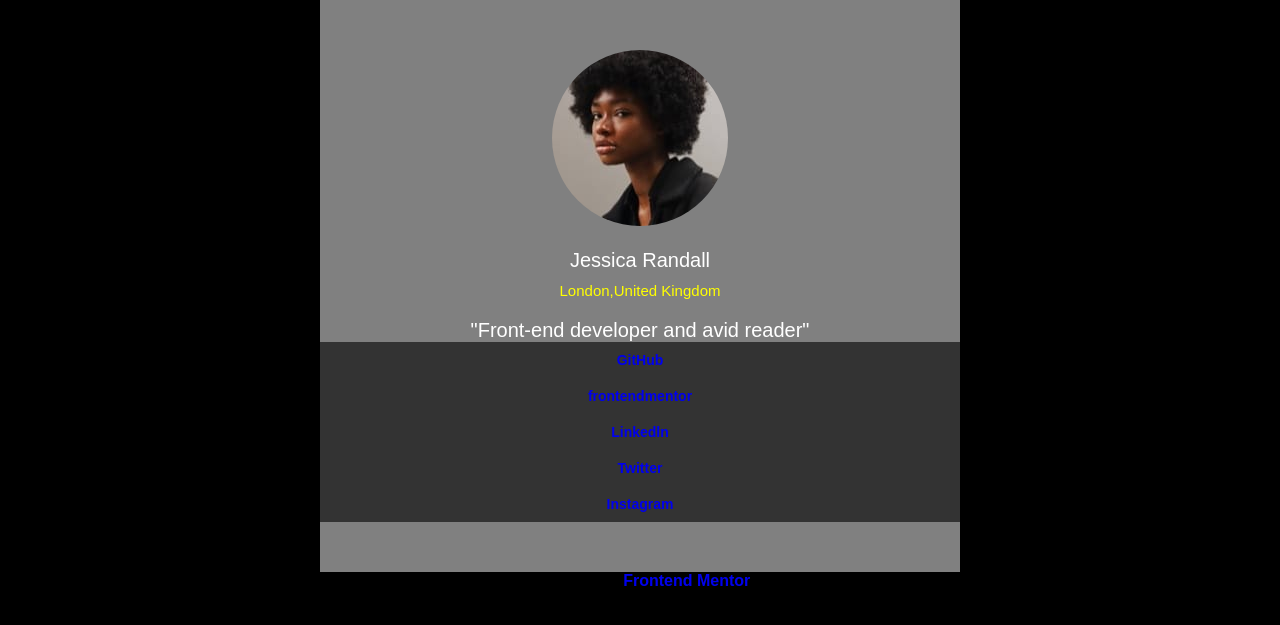
Repository: JosephAbatan05/Social-links-profile
Page: social-links-profile-main/index.html
The author's editor kept a copy of each file at every save. The page is drawn from the files as they stood at one save, then again after the next save.
The browser window is 1280 px wide. The pictures show the whole page.

Above is the page before, as saved 2025-01-25 11:01:30.

After the next save:
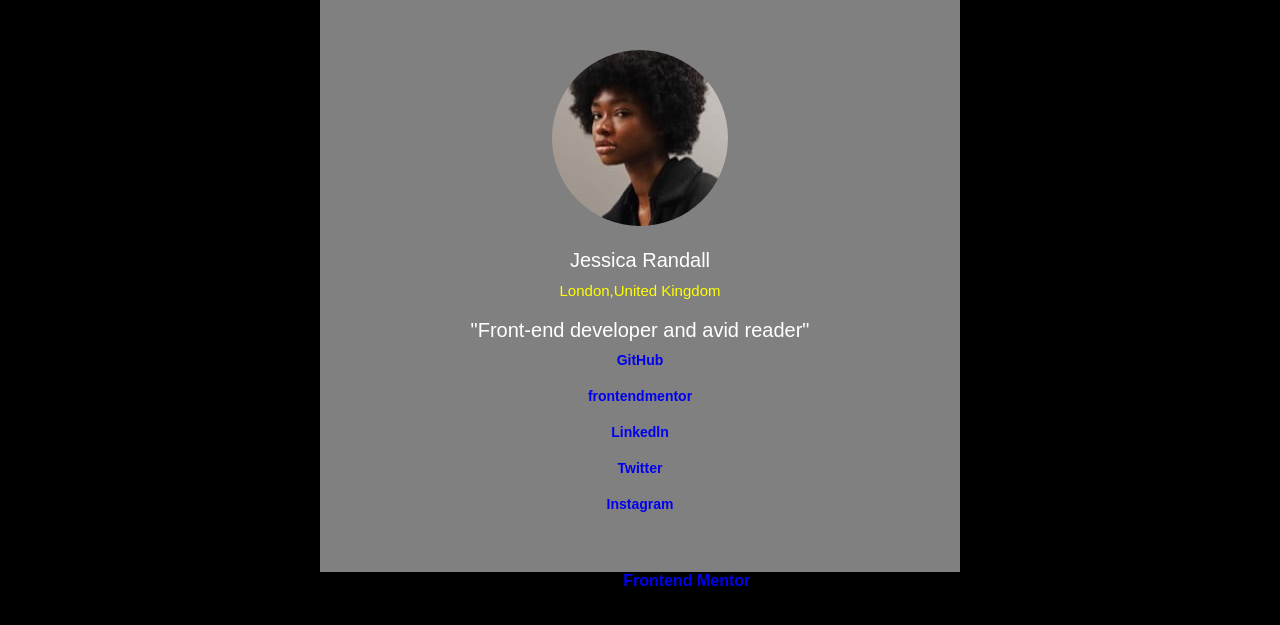
Saved 19 s later.
--- a/social-links-profile-main/styles.css
+++ b/social-links-profile-main/styles.css
@@ -58,7 +58,6 @@ img{
     display: flex;
     gap:15px;
     flex-direction: column;
-    background-color: hsl(0,0%, 20%);
 }
  a{
     text-decoration: none;
